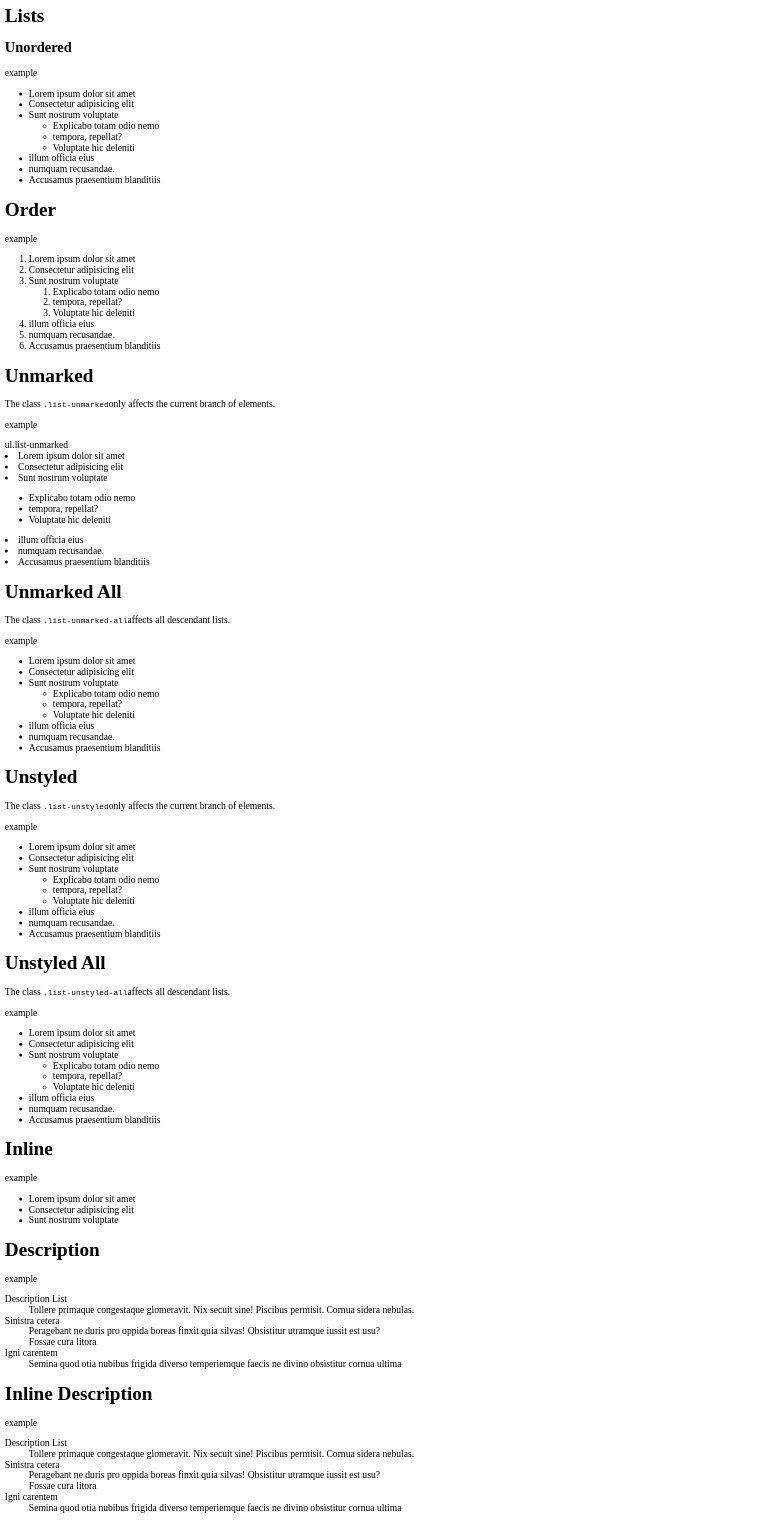
Repository: sympolinc/silk
Page: http://localhost/views/lists.php
The author's editor kept a record of every edit. The page is drawn from the files as they stood at one moment, then again after the next edit.
The browser window is 1280 px wide. The pictures show the whole page, at 60% of full size.
The page is run by PHP 8.4 with error messages shown; the project is at /var/www/html/.

Above is the page before.

### views/lists.php
<div class="section">
    <h1>Lists</h1>
    <div class="section">
        <h2>Unordered</h2>
        <div class="silk-example">
            <span class="lang">example</span>
            <div data-example>
                <ul>
                    <li>Lorem ipsum dolor sit amet</li>
                    <li>Consectetur adipisicing elit</li>
                    <li>Sunt nostrum voluptate
                        <ul>
                            <li>Explicabo totam odio nemo</li>
                            <li>tempora, repellat?</li>
                            <li>Voluptate hic deleniti</li>
                        </ul>
                    </li>
                    <li>illum officia eius</li>
                    <li>numquam recusandae.</li>
                    <li>Accusamus praesentium blanditiis</li>
                </ul>
            </div>
        </div>
    </div>
    <div class="section">
        <h1>Order</h1>
        <div class="silk-example">
            <span class="lang">example</span>
            <div data-example>
                <ol>
                    <li>Lorem ipsum dolor sit amet</li>
                    <li>Consectetur adipisicing elit</li>
                    <li>Sunt nostrum voluptate
                        <ol>
                            <li>Explicabo totam odio nemo</li>
                            <li>tempora, repellat?</li>
                            <li>Voluptate hic deleniti</li>
                        </ol>
                    </li>
                    <li>illum officia eius</li>
                    <li>numquam recusandae.</li>
                    <li>Accusamus praesentium blanditiis</li>
                </ol>
            </div>
        </div>
    </div>
    <div class="section">
        <h1>Unmarked</h1>
        <p>The class
            <code>.list-unmarked</code>only affects the current branch of elements.</p>
        <div
        class="silk-example">
            <span class="lang">example</span>
            <p data-example></p>
            <div>ul.list-unmarked
                <li>Lorem ipsum dolor sit amet</li>
                <li>Consectetur adipisicing elit</li>
                <li>Sunt nostrum voluptate
                    <ul>
                        <li>Explicabo totam odio nemo</li>
                        <li>tempora, repellat?</li>
                        <li>Voluptate hic deleniti</li>
                    </ul>
                </li>
                <li>illum officia eius</li>
                <li>numquam recusandae.</li>
                <li>Accusamus praesentium blanditiis</li>
            </div>
    </div>
</div>
<div class="section">
    <h1>Unmarked All</h1>
    <p>The class
        <code>.list-unmarked-all</code>affects all descendant lists.</p>
    <div class="silk-example">
        <span class="lang">example</span>
        <div data-example>
            <ul class="list-unmarked-all">
                <li>Lorem ipsum dolor sit amet</li>
                <li>Consectetur adipisicing elit</li>
                <li>Sunt nostrum voluptate
                    <ul>
                        <li>Explicabo totam odio nemo</li>
                        <li>tempora, repellat?</li>
                        <li>Voluptate hic deleniti</li>
                    </ul>
                </li>
                <li>illum officia eius</li>
                <li>numquam recusandae.</li>
                <li>Accusamus praesentium blanditiis</li>
            </ul>
        </div>
    </div>
</div>
<div class="section">
    <h1>Unstyled</h1>
    <p>The class
        <code>.list-unstyled</code>only affects the current branch of elements.</p>
    <div
    class="silk-example">
        <span class="lang">example</span>
        <div data-example>
            <ul class="list-unstyled">
                <li>Lorem ipsum dolor sit amet</li>
                <li>Consectetur adipisicing elit</li>
                <li>Sunt nostrum voluptate
                    <ul>
                        <li>Explicabo totam odio nemo</li>
                        <li>tempora, repellat?</li>
                        <li>Voluptate hic deleniti</li>
                    </ul>
                </li>
                <li>illum officia eius</li>
                <li>numquam recusandae.</li>
                <li>Accusamus praesentium blanditiis</li>
            </ul>
        </div>
</div>
</div>
<div class="section">
    <h1>Unstyled All</h1>
    <p>The class
        <code>.list-unstyled-all</code>affects all descendant lists.</p>
    <div class="silk-example">
        <span class="lang">example</span>
        <div data-example>
            <ul class="list-unstyled-all">
                <li>Lorem ipsum dolor sit amet</li>
                <li>Consectetur adipisicing elit</li>
                <li>Sunt nostrum voluptate
                    <ul>
                        <li>Explicabo totam odio nemo</li>
                        <li>tempora, repellat?</li>
                        <li>Voluptate hic deleniti</li>
                    </ul>
                </li>
                <li>illum officia eius</li>
                <li>numquam recusandae.</li>
                <li>Accusamus praesentium blanditiis</li>
            </ul>
        </div>
    </div>
</div>
<div class="section">
    <h1>Inline</h1>
    <div class="silk-example">
        <span class="lang">example</span>
        <div data-example>
            <ul class="list-inline">
                <li>Lorem ipsum dolor sit amet</li>
                <li>Consectetur adipisicing elit</li>
                <li>Sunt nostrum voluptate</li>
            </ul>
        </div>
    </div>
</div>
<div class="section">
    <h1>Description</h1>
    <div class="silk-example">
        <span class="lang">example</span>
        <div data-example>
            <dl>
                <dt>Description List</dt>
                <dd>Tollere primaque congestaque glomeravit. Nix secuit sine! Piscibus permisit.
                    Cornua sidera nebulas.</dd>
                <dt>Sinistra cetera</dt>
                <dd>Peragebant ne duris pro oppida boreas finxit quia silvas! Obsistitur utramque
                    iussit est usu?</dd>
                <dd>Fossae cura litora</dd>
                <dt>Igni carentem</dt>
                <dd>Semina quod otia nubibus frigida diverso temperiemque faecis ne divino
                    obsistitur cornua ultima</dd>
            </dl>
        </div>
    </div>
</div>
<div class="section">
    <h1>Inline Description</h1>
    <div class="silk-example">
        <span class="lang">example</span>
        <div data-example>
            <dl class="dl-inline">
                <dt>Description List</dt>
                <dd>Tollere primaque congestaque glomeravit. Nix secuit sine! Piscibus permisit.
                    Cornua sidera nebulas.</dd>
                <dt>Sinistra cetera</dt>
                <dd>Peragebant ne duris pro oppida boreas finxit quia silvas! Obsistitur utramque
                    iussit est usu?</dd>
                <dd>Fossae cura litora</dd>
                <dt>Igni carentem</dt>
                <dd>Semina quod otia nubibus frigida diverso temperiemque faecis ne divino
                    obsistitur cornua ultima</dd>
            </dl>
        </div>
    </div>
</div>
</div>

After the next edit:
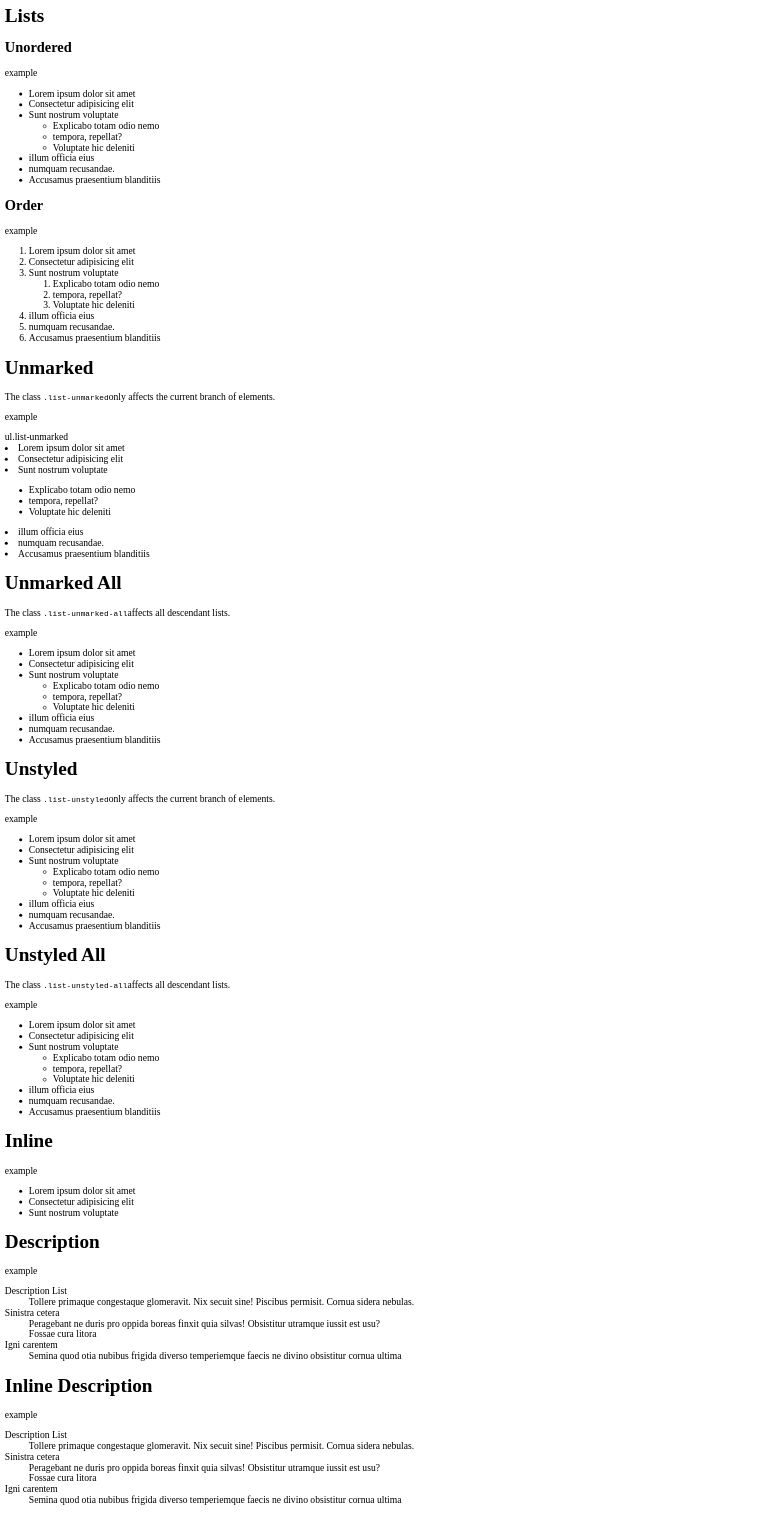
The edit:
--- a/views/lists.php
+++ b/views/lists.php
@@ -23,7 +23,7 @@
         </div>
     </div>
     <div class="section">
-        <h1>Order</h1>
+        <h2>Order</h2>
         <div class="silk-example">
             <span class="lang">example</span>
             <div data-example>
